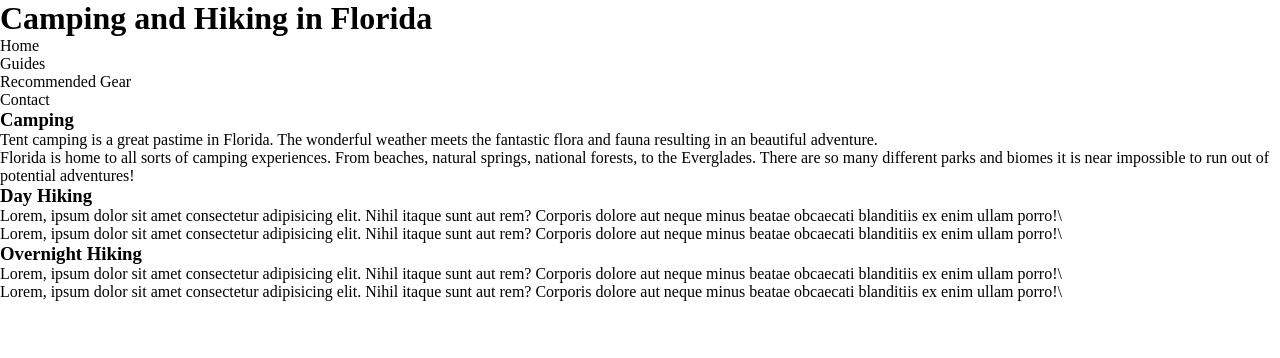
Repository: mlmEFSC21/P22-Mouse-Click
Page: click.html
An editor plug-in stored every save of this project. The page is shown before and after the next save, followed by the edit.
The browser window is 1280 px wide. The pictures show the whole page.

Above is the page before, as saved 2022-04-19 14:35:04.

After the next save:
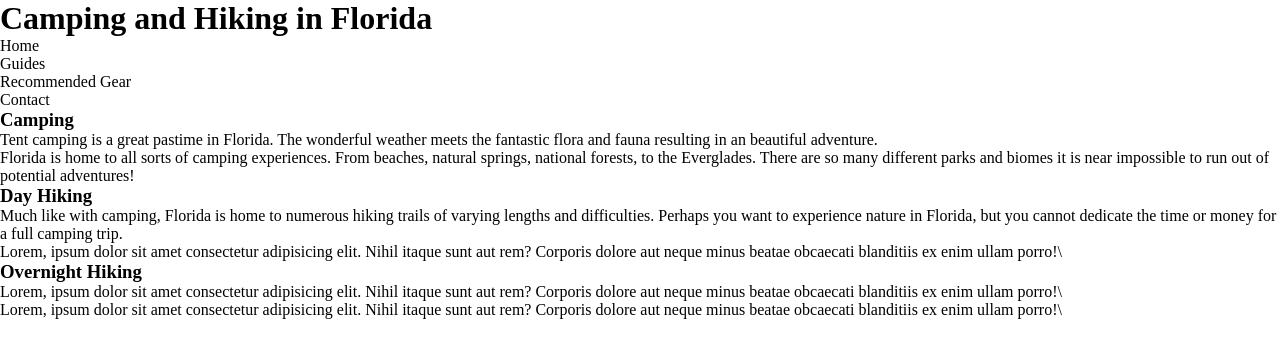
Saved 88 s later.
--- a/click.html
+++ b/click.html
@@ -35,8 +35,9 @@
         <div>
             <h3>Day Hiking</h3>
             <p>
-                Lorem, ipsum dolor sit amet consectetur adipisicing elit. Nihil itaque sunt aut rem?
-                Corporis dolore aut neque minus beatae obcaecati blanditiis ex enim ullam porro!\
+                Much like with camping, Florida is home to numerous hiking trails of varying lengths
+                and difficulties. Perhaps you want to experience nature in Florida, but you cannot
+                dedicate the time or money for a full camping trip.
             </p>
             <p>
                 Lorem, ipsum dolor sit amet consectetur adipisicing elit. Nihil itaque sunt aut rem?
